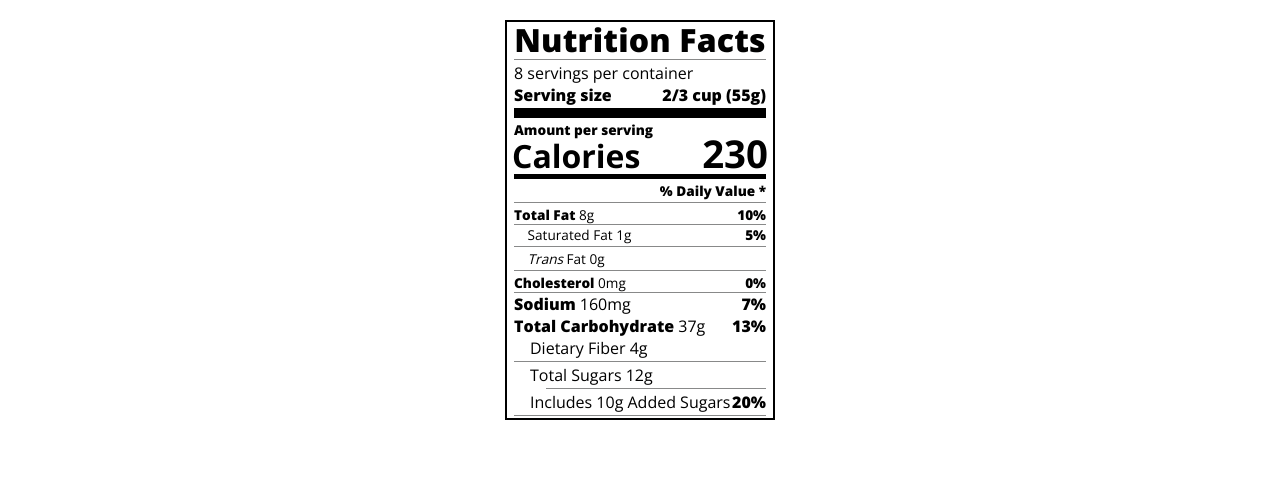
Repository: AimenDje/NutritionLabel
Page: index.html
These files come from the project's save history. The page is drawn as it stood at one moment and after the next save; the edit follows.
The browser window is 1280 px wide. The pictures show the whole page.

Above is the page before, as saved 2025-08-30 23:37:15.

### index.html
<!DOCTYPE html>
<html lang="en">

<head>
  <meta charset="UTF-8">
  <title>Nutrition Label</title>
  <link rel="stylesheet" href="https://fonts.googleapis.com/css?family=Open+Sans:400,700,800">
  <link rel="stylesheet" href="styles.css">

</head>

<body>
  <div class="label">
    <header>
      <h1 class="bold">Nutrition Facts</h1>
      <div class="divider"></div>
      <p>8 servings per container</p>
      <p class="bold">Serving size <span>2/3 cup (55g)</span></p>
    </header>
    <div class="divider large"> </div>
     <div class="calories-info">
      <div class="left-container">
        <h2 class="bold small-text">Amount per serving</h2>
        <p> Calories</p>
      </div>
      <span> 230 </span>
    </div>
    <div class="divider medium"></div>
    <div class="daily-value small-text">
      <p class="bold right no-divider" >% Daily Value *</p>
      <div class="divider"></div>
      <p><span><span class="bold">Total Fat</span> 8g</span> <span class="bold">10%</span></p>
      <p class="indent no-divider" >Saturated Fat 1g <span class="bold">5%</span></p>
      <div class="divider"></div>
      <p class="indent no-divider"><span><i>Trans</i> Fat 0g</span></p>
      <div class="divider"></div>
      <p> <span><span class="bold">Cholesterol</span> 0mg</span> <span class="bold">0%</span> </div>
      <p><span><span class="bold">Sodium</span> 160mg </span> <span class="bold">7%</span> </p>
      <p><span><span class="bold">Total Carbohydrate</span> 37g</span> <span class="bold">13%</span></p>
      <p class="indent no-divider">Dietary Fiber 4g </p>
      <div class="divider"></div>
      <p class="indent no-divider"> Total Sugars 12g</p>
      <div class="divider double-indent"></div>
      <p class="indent no-divider">Includes 10g Added Sugars <span class="bold">20% <span></p>
      <div class="divider"></div>
    </div>
  </div>
  </div>
</body>
</html>

### styles.css
*{
  box-sizing: border-box;
}

body{
  font-family:"Open Sans", sans-serif;
}

html{
  font-size:16px;
}

.label {
  border: 2px solid black;
  width: 270px;
  margin: 20px auto;
  padding : 0 7px;
}

header h1 {
  text-align: center;
  margin : -4px 0;
  letter-spacing : 0.15px;
}

p{
  margin : 0;
  display:flex;
  justify-content: space-between;
}

.divider{
  border-bottom: 1px solid #888989;
  margin : 2px 0;
}

.bold{
  font-weight: 800;
}

.large{
  height:10px;

}
.large, .medium{
  background-color:black;
  border:0;
}

.small-text{
  font-size: 0.85rem;
}

.calories-info h2{
  margin:0;
}

.calories-info{
  display:flex;
  justify-content:space-between;
  align-items:flex-end;
}

.left-container p{
  margin:-5px -2px;
  font-size: 2em;
  font-weight:700;
}

.calories-info span {
  font-size: 2.4em;
  font-weight: 700;
  margin : -7px -2px;
}

.medium{
  height:5px;
}

.right{
  justify-content: flex-end ;
}

.indent{
  margin-left:1em;
}

.daily-value p:not(.no-divider) {
  border-bottom: 1px solid #888989;
}

.double-indent{
  margin-left : 2em;
}

After the next save:
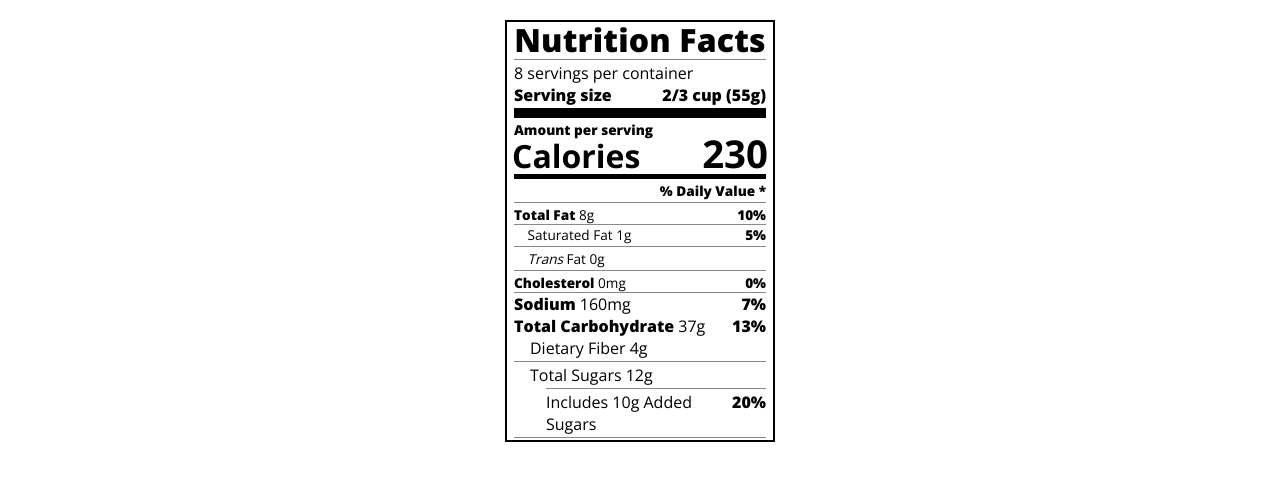
Saved 53 s later.
--- a/index.html
+++ b/index.html
@@ -41,7 +41,7 @@
       <div class="divider"></div>
       <p class="indent no-divider"> Total Sugars 12g</p>
       <div class="divider double-indent"></div>
-      <p class="indent no-divider">Includes 10g Added Sugars <span class="bold">20% <span></p>
+      <p class="double-indent no-divider">Includes 10g Added Sugars <span class="bold">20% <span></p>
       <div class="divider"></div>
     </div>
   </div>
